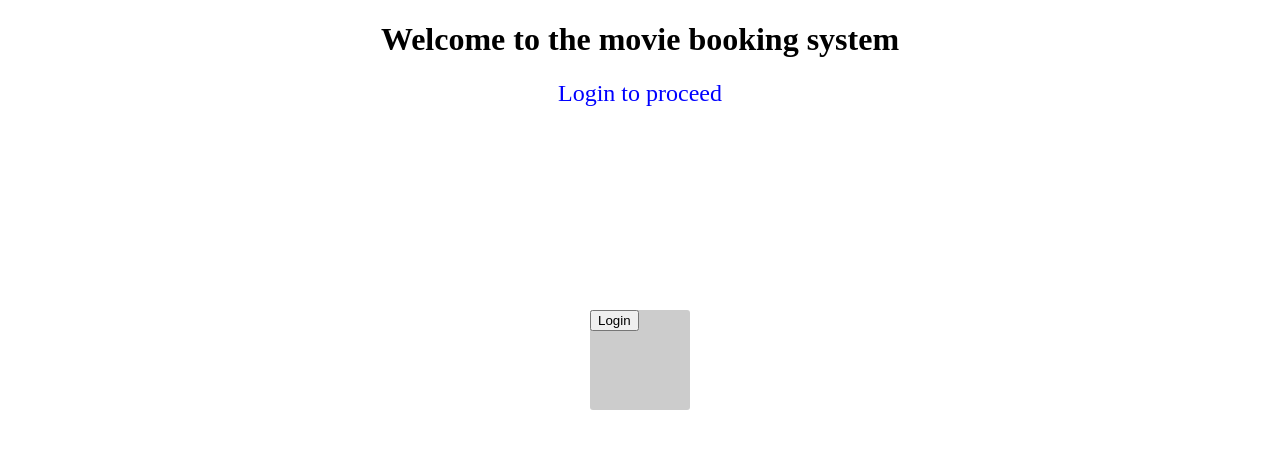
Repository: shesha1096/Java-Programs
Page: http://localhost/MovieTicketBooking/
These files come from the project's save history. The page is drawn as it stood at one moment and after the next save; the edit follows.
The browser window is 1280 px wide. The pictures show the whole page.
The page is served by Tomcat 9. Other server files are loaded and not shown.

Above is the page before, as saved 2018-07-21 06:21:56.

### MovieTicketBooking/WebContent/index.jsp
<%@ page language="java" contentType="text/html; charset=ISO-8859-1"
    pageEncoding="ISO-8859-1"%>
<!DOCTYPE html PUBLIC "-//W3C//DTD HTML 4.01 Transitional//EN" "http://www.w3.org/TR/html4/loose.dtd">
<html>
<head>
<meta http-equiv="Content-Type" content="text/html; charset=ISO-8859-1">
<title>Movie Ticket Booking</title>
<style>
#form1
{
position: absolute;
  margin: auto;
  top: 0;
  right: 0;
  bottom: 0;
  left: 0;
  width: 100px;
  height: 100px;
  background-color: #ccc;
  border-radius: 3px;

}
</style>
</head>
<body>
<h1 style="text-align:center"> Welcome to the movie booking system</h1>
<p style="text-align:center"><font size="5" color="blue" > Login to proceed</font></p>
<div id="form1">
<form action="/fs">
<input type="submit" name="action" value="Login" />
</form>
</div>
</body>
</html>

After the next save:
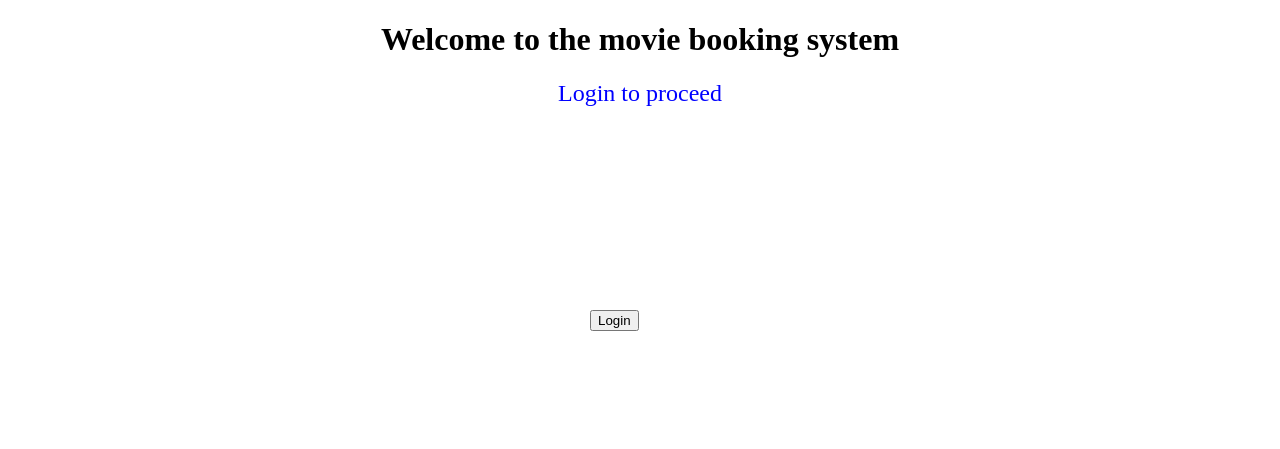
Saved 11 s later.
--- a/MovieTicketBooking/WebContent/index.jsp
+++ b/MovieTicketBooking/WebContent/index.jsp
@@ -16,7 +16,6 @@ position: absolute;
   left: 0;
   width: 100px;
   height: 100px;
-  background-color: #ccc;
   border-radius: 3px;
 
 }
